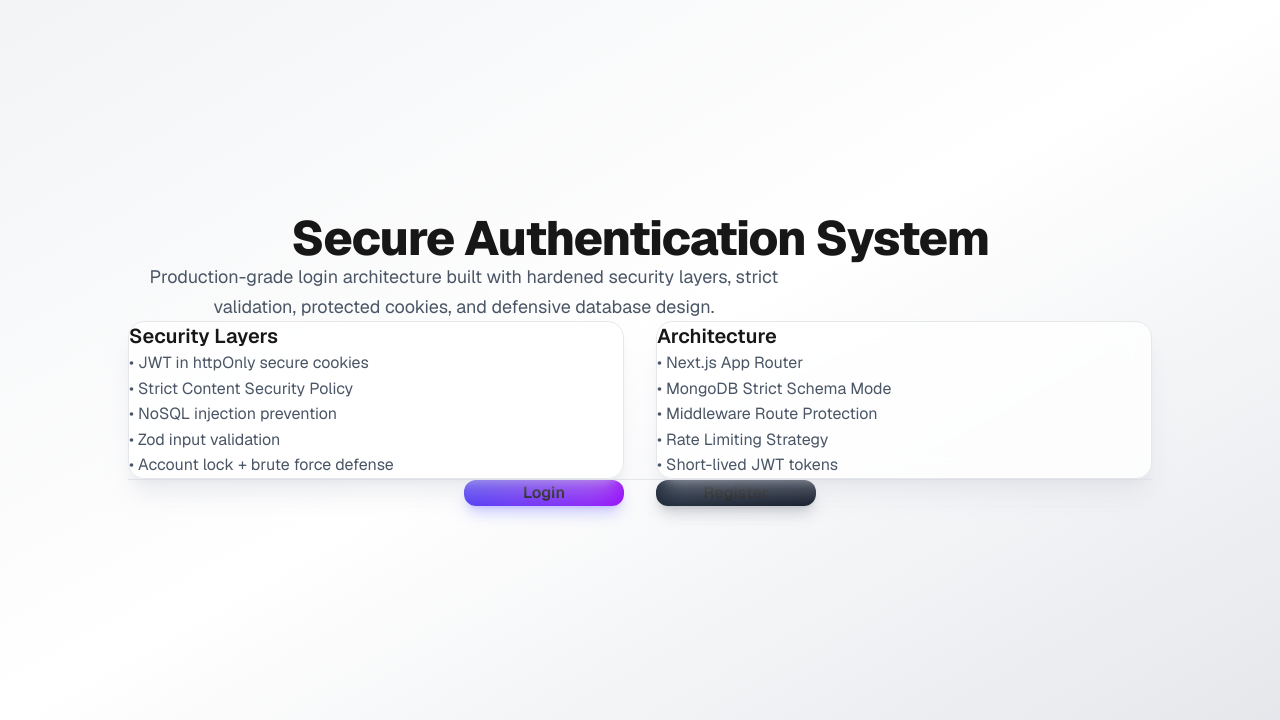
Repository: swastikjhacoder/secure-auth-app
Page: /
The author's editor kept a copy of each file at every save. The page is drawn from the files as they stood at one save, then again after the next save.
The browser window is 1280 px wide. The pictures show the whole page.
The project was rebuilt for these pictures with package versions that can differ from the ones it lists, and the page was loaded fresh each time. The framework's server and built-in components were replaced by stand-ins that run in the browser. Also part of the build but not shown: next.config.mjs.

Above is the page before, as saved 2026-03-02 13:02:08.

After the next save:
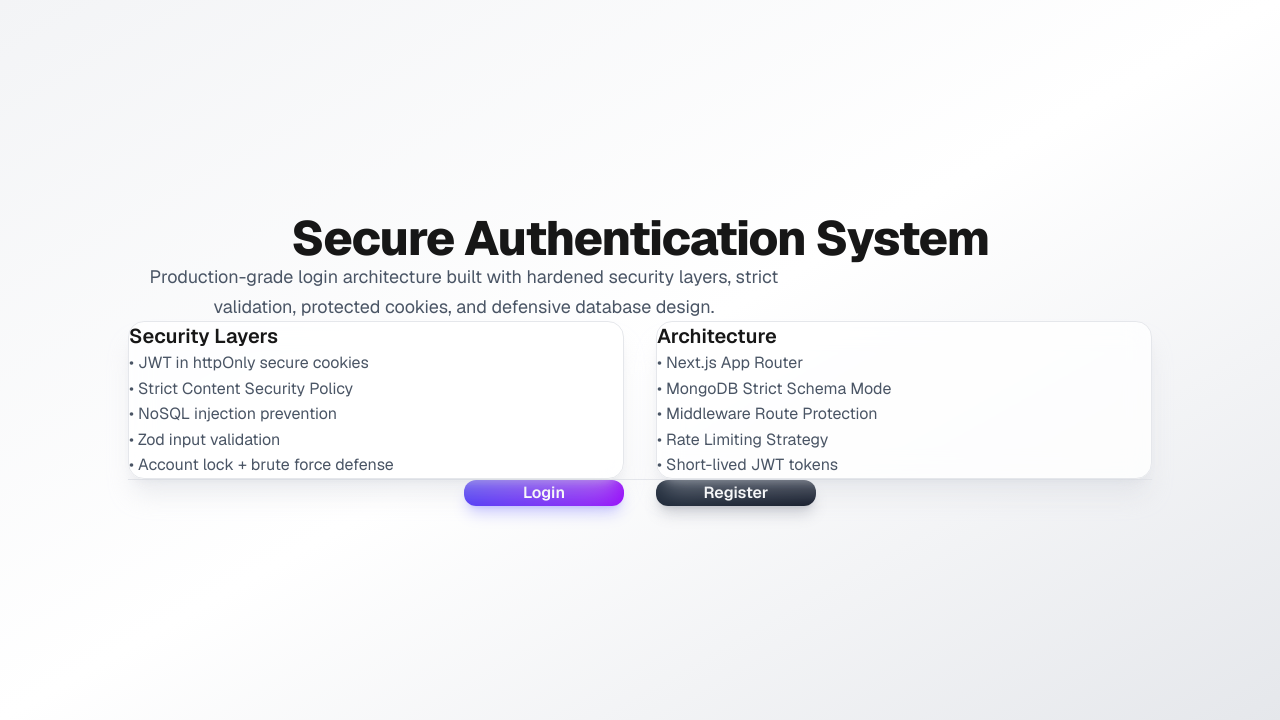
Saved 2 min 15 s later.
--- a/src/app/globals.css
+++ b/src/app/globals.css
@@ -75,7 +75,6 @@ button {
 
 a {
   text-decoration: none;
-  color: inherit;
 }
 
 input,
